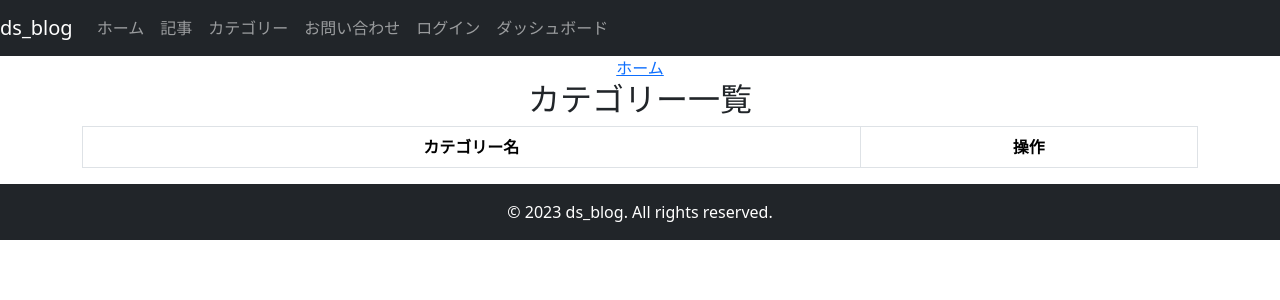
Repository: a-yama100/ds_blog
Page: /categories (app in frontend/)
The author's editor kept a copy of each file at every save. The page is drawn from the files as they stood at one save, then again after the next save.
The browser window is 1280 px wide. The pictures show the whole page.
The page's requests for data from a server got no answer. The project was rebuilt for these pictures with package versions that can differ from the ones it lists, and the page was loaded fresh each time. A package was used in the major version that the imports need, not the one package.json lists. No one was signed in, and anything a server would have sent is missing. Also part of the build but not shown: frontend/src/components/Login.js, frontend/src/components/Dashboard.js, frontend/src/components/RichTextEditor.js, frontend/src/components/ArticleCreate.js, frontend/src/components/ArticleList.js, frontend/src/components/AddCategory.js, frontend/src/components/EditProfile.js.

Above is the page before, as saved 2023-10-03 07:46:39.

### frontend/src/index.js
// E:\programming\Project\ds_blog\frontend\src\index.js

import React from 'react';
import ReactDOM from 'react-dom/client';
import './index.css';
import App from './App';
import reportWebVitals from './reportWebVitals';
import 'bootstrap/dist/css/bootstrap.min.css';

const root = ReactDOM.createRoot(document.getElementById('root'));
root.render(
  <React.StrictMode>
    <App />
  </React.StrictMode>
);

reportWebVitals();

### frontend/src/App.js
// E:\programming\Project\ds_blog\frontend\src\App.js

import './App.css';
import React from 'react';
import Header from './components/Header';
import Footer from './components/Footer';
import Login from './components/Login';
import Dashboard from './components/Dashboard';
import ArticleCreate from './components/ArticleCreate';
import ArticleList from './components/ArticleList';
import CategoryList from './components/CategoryList';
import AddCategory from './components/AddCategory';
import EditProfile from './components/EditProfile';
import { BrowserRouter as Router, Route, Switch } from 'react-router-dom';
import { Link } from 'react-router-dom';

function App() {
  return (
    <div className="App">
      <Router>
        <Header />
      <Link to="/">ホーム</Link>
        <Switch>
          <Route path="/" exact component={ArticleList} />
          <Route path="/login" component={Login} />
          <Route path="/dashboard" component={Dashboard} />
          <Route path="/create-article" component={ArticleCreate} />
          <Route path="/articles" component={ArticleList} />
          <Route path="/categories" component={CategoryList} />
          <Route path="/add-category" component={AddCategory} />
          <Route path="/edit-profile" component={EditProfile} />
          {/* 他のルーティングもこちらに追加してください */}
        </Switch>
        <Footer />
      </Router>
    </div>
  );
}

export default App;

### frontend/src/components/Header.js
// E:\programming\Project\ds_blog\frontend\src\components\Header.js

import React from 'react';
import { Navbar, Nav } from 'react-bootstrap';

const Header = () => {
    return (
        <Navbar bg="dark" variant="dark" expand="lg">
            <Navbar.Brand href="/">ds_blog</Navbar.Brand>
            <Navbar.Toggle aria-controls="basic-navbar-nav" />
            <Navbar.Collapse id="basic-navbar-nav">
                <Nav className="mr-auto">
                    <Nav.Link href="/">ホーム</Nav.Link>
                    <Nav.Link href="/articles">記事</Nav.Link>
                    <Nav.Link href="/categories">カテゴリー</Nav.Link>
                    <Nav.Link href="/contact">お問い合わせ</Nav.Link>
                </Nav>
                <Nav className="ml-auto">
                    <Nav.Link href="/login">ログイン</Nav.Link>
                    <Nav.Link href="/dashboard">ダッシュボード</Nav.Link>
                </Nav>
            </Navbar.Collapse>
        </Navbar>
    );
}

export default Header;

### frontend/src/components/Footer.js
// E:\programming\Project\ds_blog\frontend\src\components\Footer.js

import React from 'react';

const Footer = () => {
    return (
        <footer className="text-center py-3 bg-dark text-white">
            &copy; 2023 ds_blog. All rights reserved.
        </footer>
    );
}

export default Footer;

### frontend/src/components/CategoryList.js
// E:\programming\Project\ds_blog\frontend\src\components\CategoryList.js

import React, { useState, useEffect } from 'react';
import { Table, Container } from 'react-bootstrap';

const CategoryList = () => {
    const [categories, setCategories] = useState([]);
    const token = localStorage.getItem('token'); // トークンを取得

    useEffect(() => {
        const fetchCategories = async () => {
            try {
                const response = await fetch('/categories', {
                    headers: {
                        'Authorization': `Bearer ${token}` // トークンをヘッダーに添付
                    }
                });
                const data = await response.json();
                setCategories(data);
            } catch (error) {
                console.error("エラー:", error);
            }
        }
        fetchCategories();
    }, [token]);

    return (
        <Container>
            <h2>カテゴリー一覧</h2>
            <Table striped bordered hover>
                <thead>
                    <tr>
                        <th>カテゴリー名</th>
                        <th>操作</th>
                    </tr>
                </thead>
                <tbody>
                    {categories.map(category => (
                        <tr key={category.id}>
                            <td>{category.name}</td>
                            <td>
                                <a href={`/categories/${category.id}/edit`}>編集</a> |
                                <a href={`/categories/${category.id}/delete`}>削除</a>
                            </td>
                        </tr>
                    ))}
                </tbody>
            </Table>
        </Container>
    );
}

export default CategoryList;

Loaded but not shown: frontend/public/index.html (common file); frontend/src/index.css (common file); frontend/src/reportWebVitals.js (common file); frontend/src/App.css (common file)

After the next save:
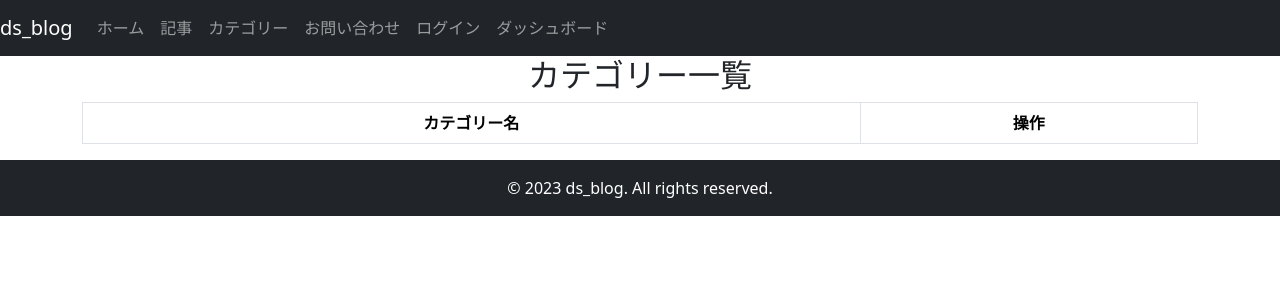
Saved 7 s later.
--- a/frontend/src/App.js
+++ b/frontend/src/App.js
@@ -19,7 +19,6 @@
     <div className="App">
       <Router>
         <Header />
-      <Link to="/">ホーム</Link>
         <Switch>
           <Route path="/" exact component={ArticleList} />
           <Route path="/login" component={Login} />
